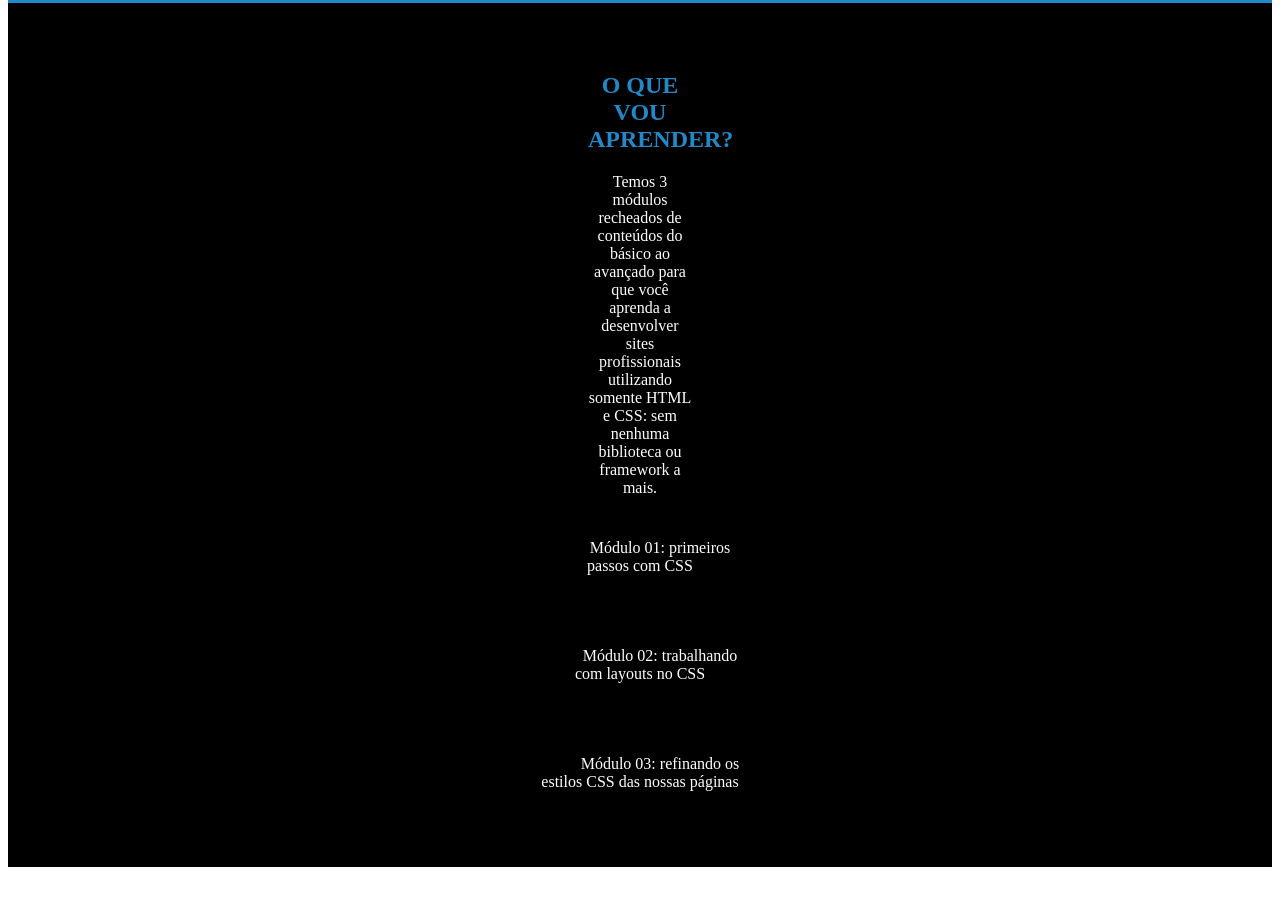
Repository: gustavotwist/trilha-css-desafio-01
Page: index.html
The author's editor kept a copy of each file at every save. The page is drawn from the files as they stood at one save, then again after the next save.
The browser window is 1280 px wide. The pictures show the part of the page from y = 449 to 1350 px (the page is 2143 px tall).
A picture or video elsewhere on the page could not be fetched, so the positions and the page height are approximate.

Above is the page before, as saved 2024-07-15 18:54:38.

After the next save:
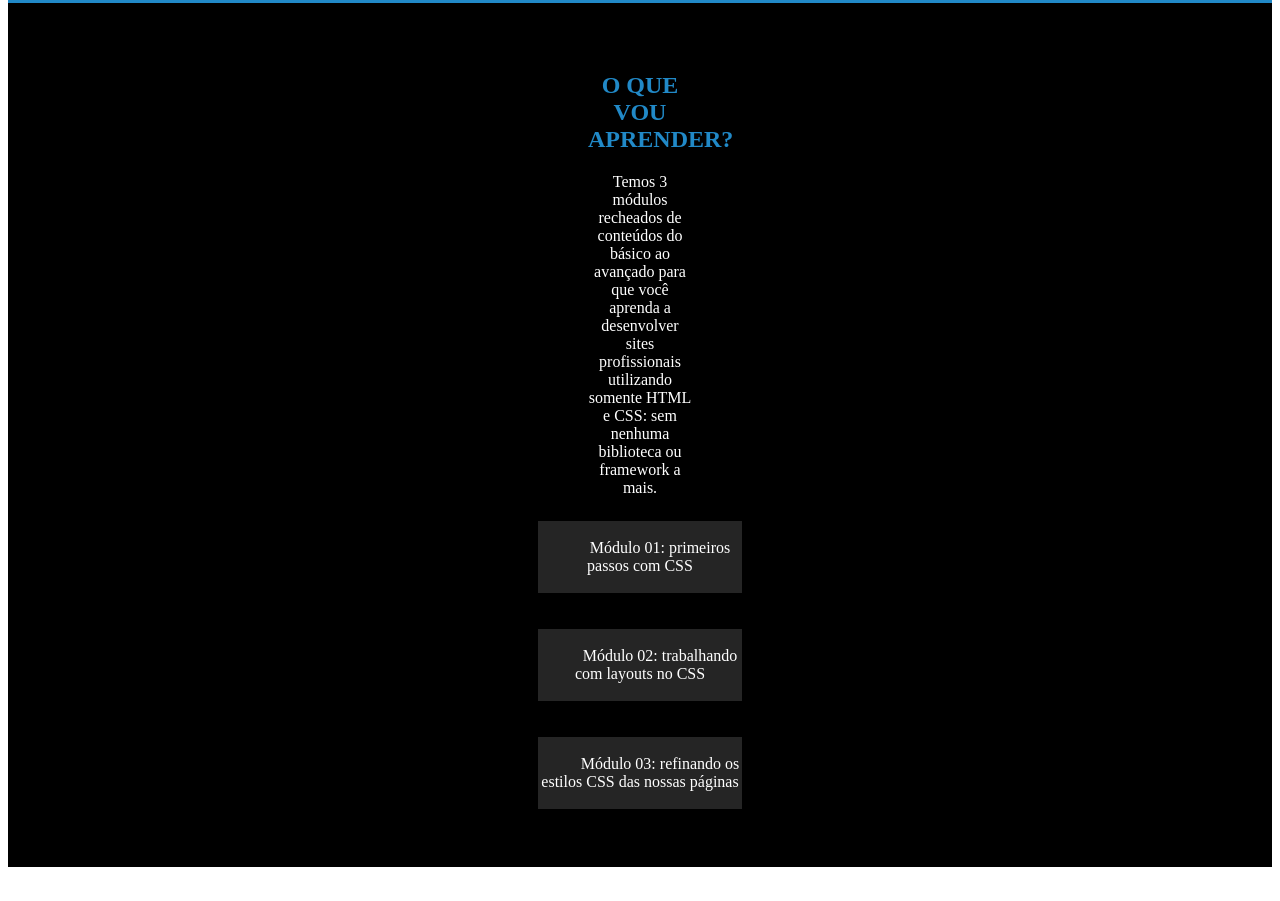
Saved 27 s later.
--- a/global.css
+++ b/global.css
@@ -48,6 +48,6 @@ section, p{
     padding:-50px -40px;
 }
 
-.modules {
+.module {
     background-color:#252525;
 }
